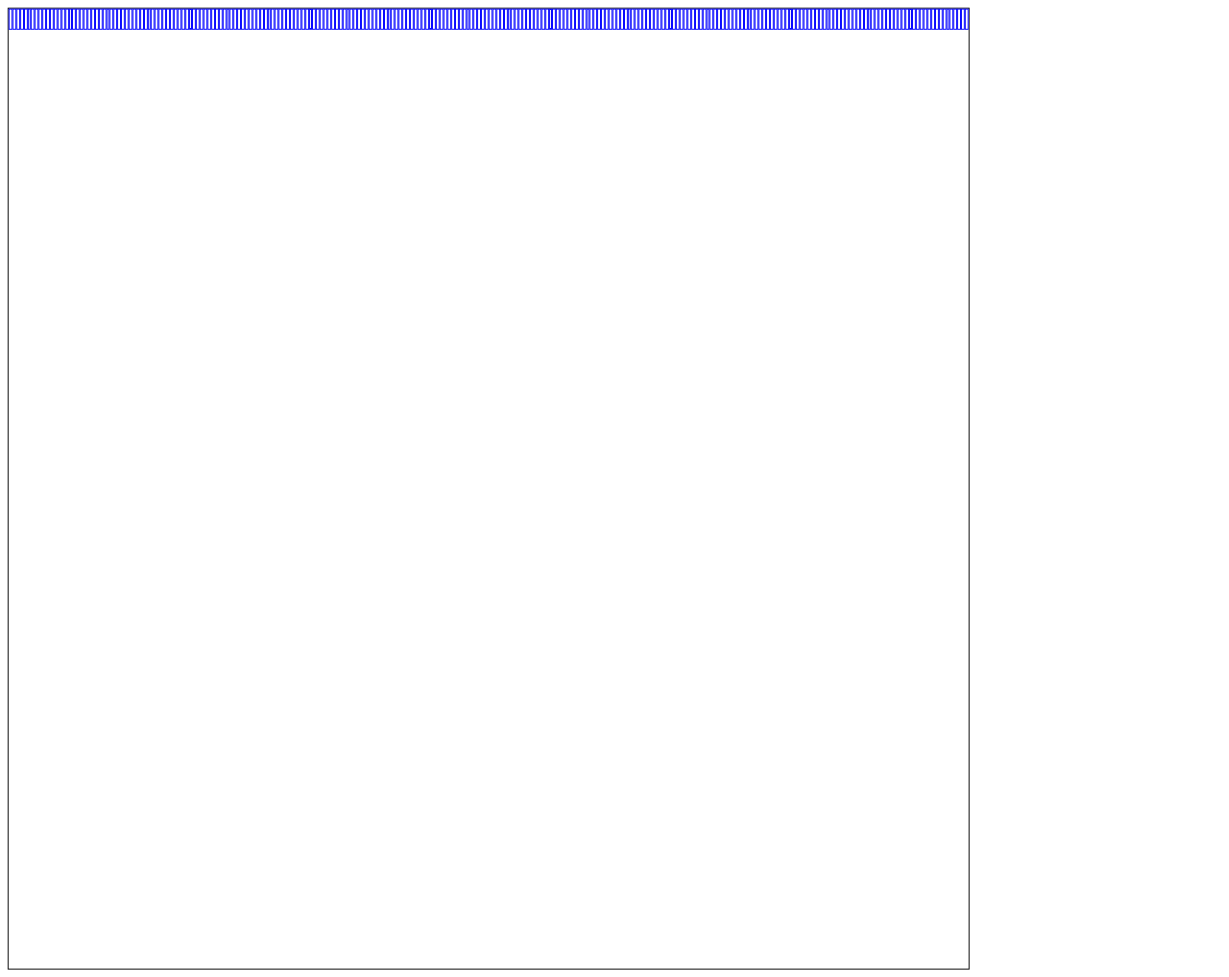
Repository: rsoetydev/etch-a-sketch
Page: index.html
These files come from the project's save history. The page is drawn as it stood at one moment and after the next save; the edit follows.
The browser window is 1280 px wide. The pictures show the whole page, at 96% of full size.

Above is the page before, as saved 2024-01-15 15:14:18.

After the next save:
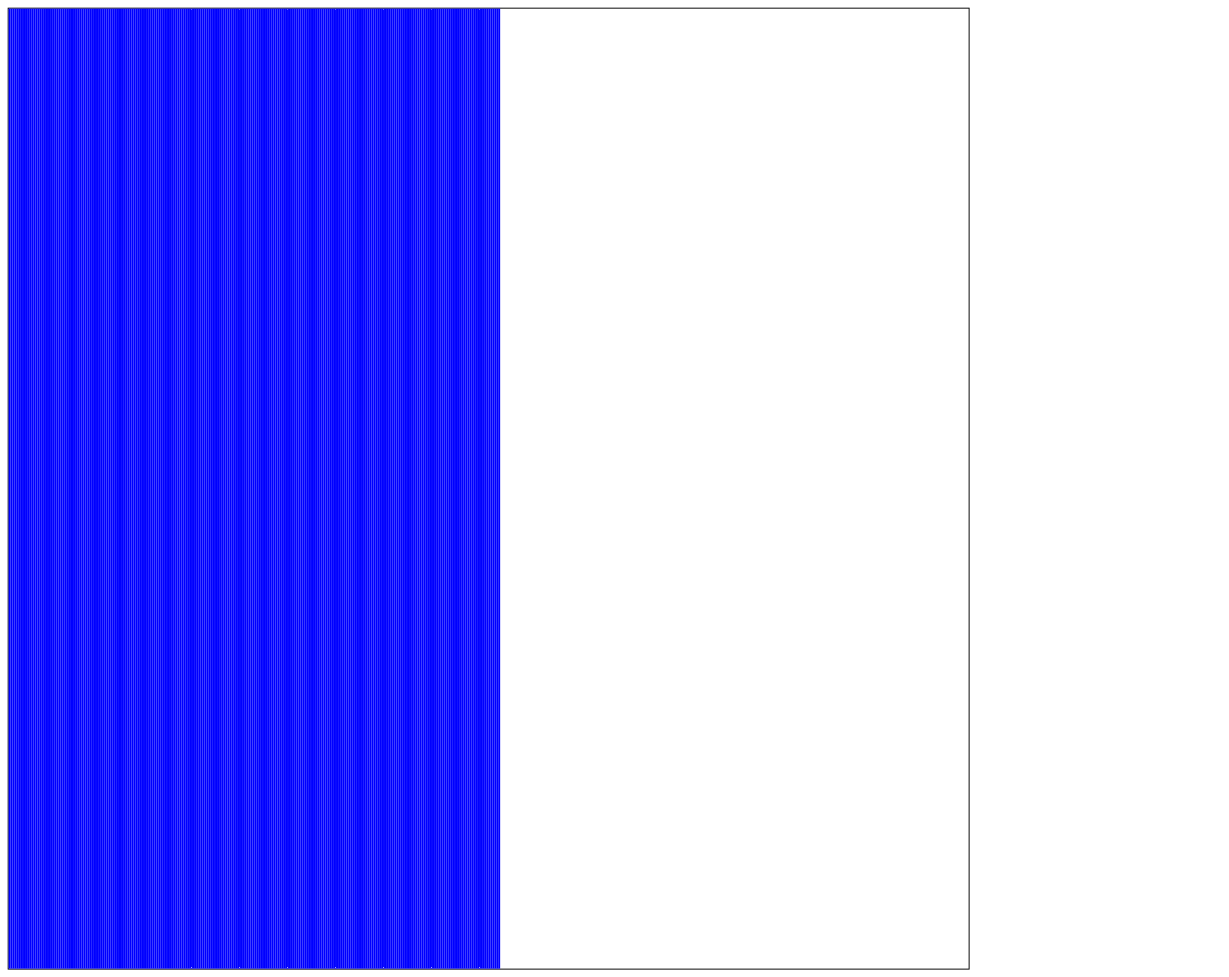
Saved 35 s later.
--- a/styles.css
+++ b/styles.css
@@ -1,5 +1,6 @@
 .board{
     display: flex;
+    flex-wrap: wrap;
     width: 1000px;
     height: 1000px;
     border-style: solid;
@@ -11,6 +12,4 @@
     border-style: solid;
     border-color: blue;
     border-width: 1px;
-    width:20px;
-    height:20px;
 }
